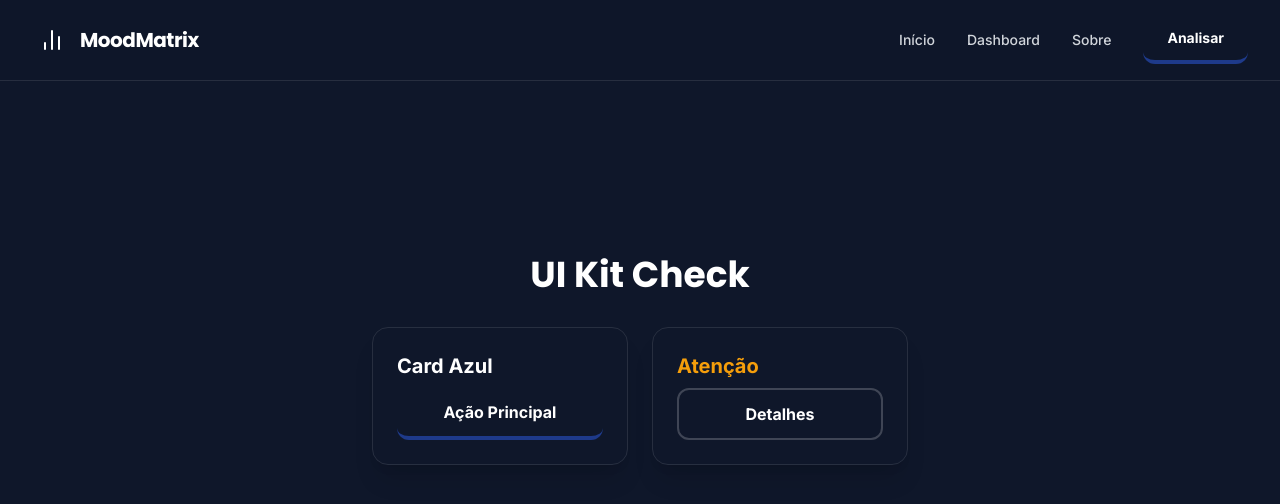
Repository: Hackaton-ONE/hackathon-Frontend
Page: /
These files come from the project's save history. The page is drawn as it stood at one moment and after a run of saves; the edit follows.
The browser window is 1280 px wide. The pictures show the whole page.
The project was rebuilt for these pictures with package versions that can differ from the ones it lists, and the page was loaded fresh each time. The framework's server and built-in components were replaced by stand-ins that run in the browser. Also part of the build but not shown: next.config.ts.

Above is the page before, as saved 2026-01-01 14:33:35.

### app/layout.tsx
import type { Metadata } from "next";
import { Inter, Poppins } from "next/font/google"; // 1. Importar Poppins
import "./globals.css";
import { Navbar } from "@/components/Navbar";

// 2. Configurar Inter
const inter = Inter({
  subsets: ["latin"],
  variable: "--font-inter",
});

// 3. Configurar Poppins (Pesos comuns: 400, 600, 700)
const poppins = Poppins({
  weight: ['400', '600', '700'],
  subsets: ["latin"],
  variable: "--font-poppins",
});

export const metadata: Metadata = {
  title: "MoodMatrix",
  description: "Análise de sentimentos com IA",
};

export default function RootLayout({
  children,
}: Readonly<{

  children: React.ReactNode;
}>) {
  return (
    <html lang="pt-br">
      {/* 4. Adicionar ambas as variáveis no body */}
      <body className={`${inter.variable} ${poppins.variable} bg-mood-dark text-white font-sans antialiased`}>
        <Navbar />
        {children}
      </body>
    </html>
  );
}

### app/page.tsx
import { Button } from "@/components/Button";
import { GlassCard } from "@/components/GlassCard";

export default function Home() {
  return (
    <main className="flex min-h-screen flex-col items-center justify-center p-10 gap-8 bg-mood-dark">

      <h1 className="text-4xl font-poppins font-bold text-white bg-clip-text bg-gradient-to-r from-blue-DEFAULT to-neon-green">
        UI Kit Check
      </h1>

      <div className="grid grid-cols-1 md:grid-cols-2 gap-6">
        {/* Teste Card Azul */}
        <GlassCard gradient="blue" className="p-6 w-64 border-blue-DEFAULT/30">
          <h2 className="text-xl font-bold mb-2">Card Azul</h2>
          <Button variant="primary" className="w-full">Ação Principal</Button>
        </GlassCard>

        {/* Teste Card Laranja (Aviso) */}
        <GlassCard gradient="orange" className="p-6 w-64 border-neon-orange/30">
          <h2 className="text-xl font-bold mb-2 text-neon-orange">Atenção</h2>
          <Button variant="outline" className="w-full">Detalhes</Button>
        </GlassCard>
      </div>

    </main>
  );
}

### app/globals.css
@tailwind base;
@tailwind components;
@tailwind utilities;

/* Define o fundo padrão do site inteiro e a cor do texto */
body {
  background-color: #0F172A; /* mood.dark */
  color: #ffffff;
  min-height: 100vh;
}

/* Utilitário para o efeito de Vidro (Glassmorphism) */
.glass {
  background: rgba(30, 41, 59, 0.4); /* mood.gray com transparência */
  backdrop-filter: blur(12px);
  -webkit-backdrop-filter: blur(12px);
  border: 1px solid rgba(255, 255, 255, 0.1);
}

### components/Navbar.tsx
"use client"; // Importante porque tem interatividade (abrir/fechar menu)

import Link from "next/link";
import { useState } from "react";
import { Menu, X, BarChart2 } from "lucide-react"; // Ícones
import { Button } from "./Button";

export function Navbar() {
  const [isOpen, setIsOpen] = useState(false);

  return (
    <nav className="fixed top-0 w-full z-50 border-b border-white/10 bg-mood-dark/70 backdrop-blur-md">
      <div className="max-w-7xl mx-auto px-4 sm:px-6 lg:px-8">
        <div className="flex items-center justify-between h-20">

          {/* LOGO */}
          <Link href="/" className="flex items-center gap-2 group">
            <div className="p-2 bg-blue-DEFAULT/20 rounded-lg group-hover:bg-blue-DEFAULT/30 transition">
              <BarChart2 className="text-neon-blue w-6 h-6" />
            </div>
            <span className="font-poppins font-bold text-xl tracking-tight text-white">
              Mood<span className="text-neon-blue">Matrix</span>
            </span>
          </Link>

          {/* LINKS (Desktop) */}
          <div className="hidden md:flex items-center gap-8">
            <Link href="/" className="text-gray-300 hover:text-white transition text-sm font-medium">Início</Link>
            <Link href="/dashboard" className="text-gray-300 hover:text-white transition text-sm font-medium">Dashboard</Link>
            <Link href="#sobre" className="text-gray-300 hover:text-white transition text-sm font-medium">Sobre</Link>

            <Link href="/analisar">
              <Button variant="primary" className="px-6 py-2 text-sm">
                Analisar
              </Button>
            </Link>
          </div>

          {/* BOTÃO MOBILE (Hambúrguer) */}
          <div className="md:hidden">
            <button
              onClick={() => setIsOpen(!isOpen)}
              className="text-gray-300 hover:text-white p-2"
            >
              {isOpen ? <X /> : <Menu />}
            </button>
          </div>
        </div>
      </div>

      {/* MENU MOBILE (Expandido) */}
      {isOpen && (
        <div className="md:hidden bg-mood-dark border-b border-white/10 absolute w-full">
          <div className="px-4 pt-2 pb-6 space-y-2 flex flex-col">
            <Link href="/" onClick={() => setIsOpen(false)} className="block px-3 py-2 text-base font-medium text-gray-300 hover:bg-white/5 rounded-md">Início</Link>
            <Link href="/dashboard" onClick={() => setIsOpen(false)} className="block px-3 py-2 text-base font-medium text-gray-300 hover:bg-white/5 rounded-md">Dashboard</Link>
            <Link href="/analisar" onClick={() => setIsOpen(false)} className="mt-4">
              <Button variant="primary" className="w-full justify-center">Começar Análise</Button>
            </Link>
          </div>
        </div>
      )}
    </nav>
  );
}

### components/Button.tsx
import React from "react";

interface ButtonProps extends React.ButtonHTMLAttributes<HTMLButtonElement> {
  variant?: "primary" | "outline" | "ghost";
  children: React.ReactNode;
}

export function Button({ variant = "primary", className = "", children, ...props }: ButtonProps) {

  const baseStyles = "px-6 py-3 rounded-xl font-bold transition-all duration-200 flex items-center justify-center gap-2 active:scale-[0.98]";

  const variants = {
    // ESTILO NOVO (Igual sua referência):
    // 1. bg-blue-DEFAULT: Cor azul vibrante
    // 2. border-b-4 border-blue-dark: A "sombra" sólida embaixo (sem blur)
    // 3. hover:brightness-110: Fica mais claro ao passar o mouse
    // 4. active:border-b-0 active:translate-y-1: Ao clicar, o botão "afunda" visualmente
    primary: "bg-blue-DEFAULT text-white border-b-4 border-blue-dark hover:brightness-110 active:border-b-0 active:translate-y-1",

    // Outline (Borda simples)
    outline: "bg-transparent border-2 border-white/20 text-white hover:bg-white/5 hover:border-white/40",

    // Ghost (Transparente)
    ghost:   "bg-transparent text-gray-400 hover:text-white hover:bg-white/5",
  };

  return (
    <button
      className={`${baseStyles} ${variants[variant]} ${className}`}
      {...props}
    >
      {children}
    </button>
  );
}

### components/GlassCard.tsx
import React from "react";

interface GlassCardProps {
  children: React.ReactNode;
  className?: string;
  gradient?: "blue" | "green" | "red" | "orange" | "none";
}

export function GlassCard({ children, className = "", gradient = "none" }: GlassCardProps) {

  const gradientBg = {
    none: "bg-white/5", // Base neutra mais sutil
    blue: "bg-card-blue",
    green: "bg-card-green",
    red: "bg-card-red",
    orange: "bg-card-orange",
  };

  return (
    <div className={`relative overflow-hidden rounded-2xl border border-white/10 shadow-xl ${className}`}>
      {/* CAMADA DO VIDRO (Fundo + Blur)
        Fica posicionada absolutamente atrás do conteúdo.
      */}
      <div
        className={`
          absolute inset-0
          backdrop-blur-xl
          ${gradientBg[gradient]}
          -z-10 /* Garante que fique atrás do conteúdo */
        `}
        aria-hidden="true"
      />

      {/* CONTEÚDO (Texto, Botões)
        Fica na frente, sem nenhum blur aplicado diretamente nele.
      */}
      <div className="relative z-10 h-full">
        {children}
      </div>
    </div>
  );
}

### tailwind.config.ts
/** @type {import('tailwindcss').Config} */
const config = {
  // Configuração de onde o Tailwind procura as classes
  content: [
    "./app/**/*.{js,ts,jsx,tsx,mdx}",
    "./pages/**/*.{js,ts,jsx,tsx,mdx}",
    "./components/**/*.{js,ts,jsx,tsx,mdx}",
    "./src/app/**/*.{js,ts,jsx,tsx,mdx}",
    "./src/pages/**/*.{js,ts,jsx,tsx,mdx}",
    "./src/components/**/*.{js,ts,jsx,tsx,mdx}",
  ],
  theme: {
    extend: {
      colors: {
        white: "#FFFFFF",
        mood: {
          dark: "#0F172A", // Fundo Azul Escuro
          nav: "#FFFFFF",  // Base para Navbar
        },
        blue: {
          light: "#60A5FA",   // Azul Claro
          default: "#2563EB", // Azul Padrão
          dark: "#1E3A8A",    // Azul Escuro
        },
        neon: {
          green: "#10B981",
          red: "#B91C1C",
          orange: "#F59E0B",
        },
      },
      fontFamily: {
        sans: ['var(--font-inter)', 'sans-serif'],
        poppins: ['var(--font-poppins)', 'sans-serif'],
      },
      backgroundImage: {
        // Gradientes de Seta e Barra de Progresso
        'gradient-pos': 'linear-gradient(to right, #2563EB, #10B981)',
        'gradient-neg': 'linear-gradient(to right, #B91C1C, #F59E0B)',

        // Gradientes Sutis para os Cards (Glassmorphism)
        'card-blue': 'linear-gradient(180deg, rgba(255, 255, 255, 0) 0%, rgba(96, 165, 250, 0.05) 100%)',
        'card-green': 'linear-gradient(180deg, rgba(255, 255, 255, 0) 0%, rgba(16, 185, 129, 0.05) 100%)',
        'card-red': 'linear-gradient(180deg, rgba(255, 255, 255, 0) 0%, rgba(185, 28, 28, 0.05) 100%)',
        'card-orange': 'linear-gradient(180deg, rgba(255, 255, 255, 0) 0%, rgba(245, 158, 11, 0.05) 100%)', // NOVO
      }
    },
  },
  plugins: [],
};

export default config;

After the next 2 saves:
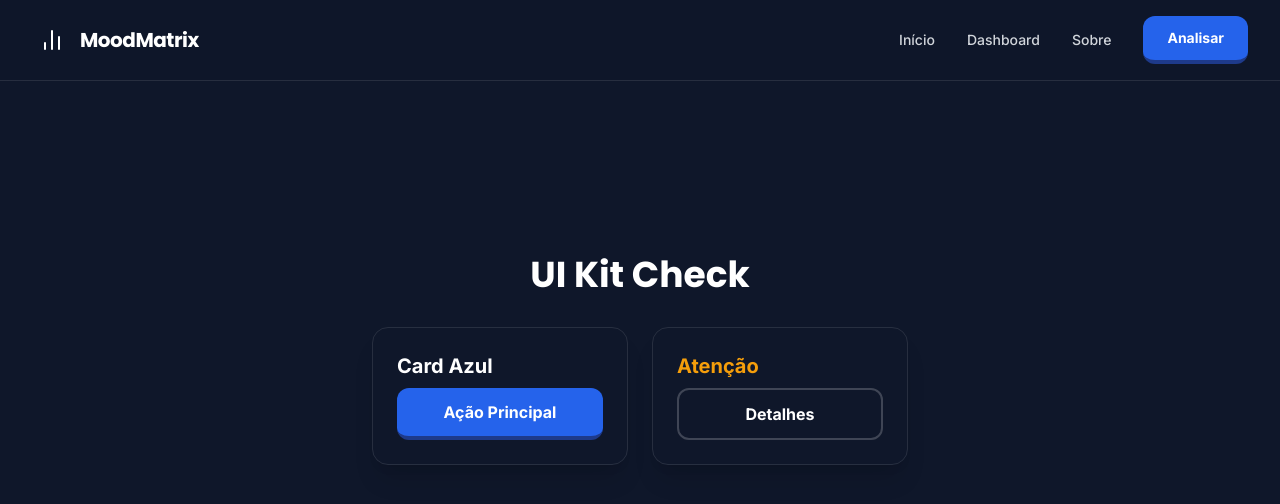
The 2 saves are shown as one change because they came seconds apart.
The last was saved 14 s later.
--- a/components/Button.tsx
+++ b/components/Button.tsx
@@ -15,7 +15,7 @@ export function Button({ variant = "primary", className = "", children, ...props
     // 2. border-b-4 border-blue-dark: A "sombra" sólida embaixo (sem blur)
     // 3. hover:brightness-110: Fica mais claro ao passar o mouse
     // 4. active:border-b-0 active:translate-y-1: Ao clicar, o botão "afunda" visualmente
-    primary: "bg-blue-DEFAULT text-white border-b-4 border-blue-dark hover:brightness-110 active:border-b-0 active:translate-y-1",
+    primary: "bg-blue-default text-white border-b-4 border-blue-dark hover:brightness-110 active:border-b-0 active:translate-y-1",
 
     // Outline (Borda simples)
     outline: "bg-transparent border-2 border-white/20 text-white hover:bg-white/5 hover:border-white/40",
